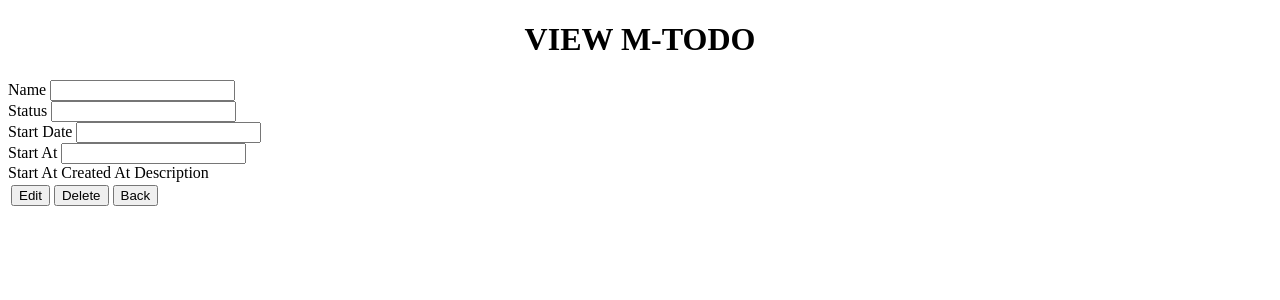
Repository: BossBlossom/springmvcse
Page: http://localhost/m-todo/WEB-INF/view/view.jsp
An editor plug-in stored every save of this project. The page is shown before and after the next save, followed by the edit.
The browser window is 1280 px wide. The pictures show the whole page.
The page is served by Tomcat 9. Nobody is signed in. Other server files are loaded and not shown. The template is opened directly, without the code that normally fills it, so the values that code supplies are empty.

Above is the page before, as saved 2018-09-17 09:13:26.

### shigotonikki/m-todo/src/main/webapp/WEB-INF/view/view.jsp
<%@ page language="java" contentType="text/html; charset=UTF-8"
    pageEncoding="UTF-8" isELIgnored="false"%>
<%@ taglib prefix="spring" uri="http://www.springframework.org/tags" %>
<%@ taglib prefix="form" uri="http://www.springframework.org/tags/form" %>
<%@ taglib prefix="c" uri="http://java.sun.com/jsp/jstl/core" %>
<!DOCTYPE html>
<html>
<head>
<link rel="stylesheet" href="<spring:url value='/resources/css/app.css'/>">
<meta http-equiv="Content-Type" content="text/html"; charset="UTF-8">
</head>
<body>
<h1><center>VIEW M-TODO</center></h1>
	<div class="input-group">
		<label>Name</label>
		<form:input path="name" readonly="true" />
	</div>
	<div class="input-group">
		<label>Status</label>
		<form:input path="status" readonly="true" />
	</div>
	<div class="input-group">
		<label>Start Date</label>
		<form:input path="startDate" readonly="true" />
	</div>
	<div class="input-group">
		<label>Start At</label>
		<form:input path="startAt" readonly="true" />
	</div>
		<label>Start At</label>
		<label>Created At</label>
		<label>Description</label>
<table>
	<th><form action="Controller_M_Todo" method="get"><a href='<spring:url value="/home/update?action=edit&idTodo=${m_todo.idTodo }" />'><button type="button">Edit</button></a></form></th>
	<th><form action="Controller_M_Todo" method="get"><a href='<spring:url value="/home/update?action=delete&idTodo=${m_todo.idTodo }" />'><button type="button">Delete</button></a></form></th>
	<th><button type="button" href='<spring:url value="/home" />'">Back</button></th>
</table>
</body>
</html>

### shigotonikki/m-todo/src/main/webapp/resources/css/app.css
.error {
	color: red;
}
.blue{
	color: blue;
}
.New {
	background: #F08080;
}

.Done {
	background: #D3D3D3;
}

.In-Progress {
	background: #ADD8E6;
}

.Canceled {
	background: #FFFF66;
}

table.tbl-border {
	border-spacing: 0;
	border-collapse: collapse;
	width: 100%;
}

table.tbl-border tbody {
	border-collapse: collapse;
    border: 1px solid black;
}

table.tbl-border th, td {
	margin: 0; padding : 5px;
	text-align: left;
	padding: 5px;
}

After the next save:
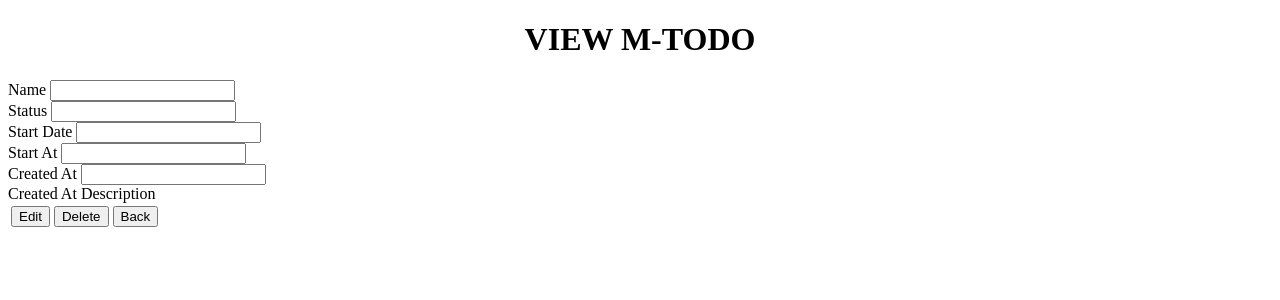
Saved 15 s later.
--- a/shigotonikki/m-todo/src/main/webapp/WEB-INF/view/view.jsp
+++ b/shigotonikki/m-todo/src/main/webapp/WEB-INF/view/view.jsp
@@ -27,7 +27,10 @@
 		<label>Start At</label>
 		<form:input path="startAt" readonly="true" />
 	</div>
-		<label>Start At</label>
+	<div class="input-group">
+		<label>Created At</label>
+		<form:input path="name" readonly="true" />
+	</div>
 		<label>Created At</label>
 		<label>Description</label>
 <table>
